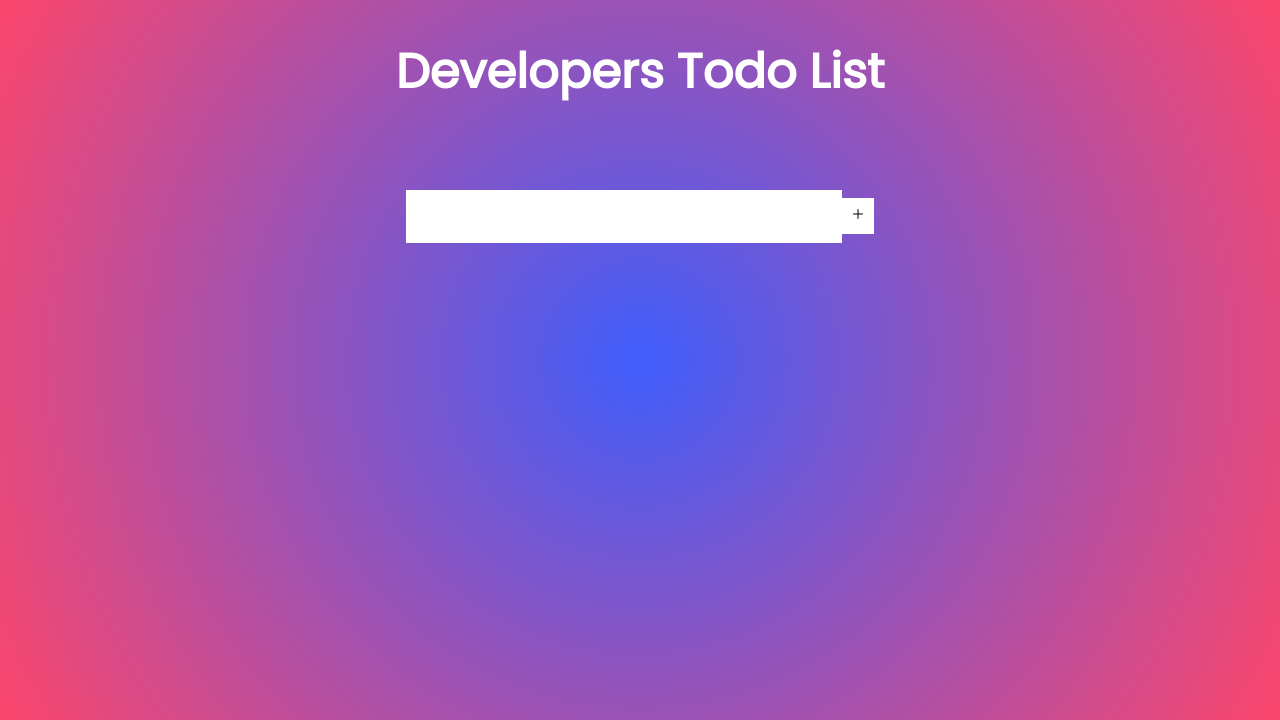
Repository: DevAntonioRogers/Vanilla-TodoList
Page: index.html
An editor plug-in stored every save of this project. The page is shown before and after the next save, followed by the edit.
The browser window is 1280 px wide. The pictures show the whole page.

Above is the page before, as saved 2023-05-11 23:58:52.

### index.html
<!DOCTYPE html>
<html lang="en">
  <head>
    <meta charset="UTF-8" />
    <meta http-equiv="X-UA-Compatible" content="IE=edge" />
    <meta name="viewport" content="width=device-width, initial-scale=1.0" />
    <link rel="preconnect" href="https://fonts.googleapis.com" />
    <link rel="preconnect" href="https://fonts.gstatic.com" crossorigin />
    <link href="https://fonts.googleapis.com/css2?family=Poppins&display=swap" rel="stylesheet" />
    <link rel="stylesheet" href="style.css" />
    <title>To-do</title>
  </head>
  <body>
    <header>
      <h1>Developers Todo List</h1>
    </header>
    <form action="">
      <input type="text" class="todo-input" />
      <button class="todo-button">
        <ion-icon name="add-outline"></ion-icon>
      </button>
    </form>

    <div class="todo-container">
      <ul class="todo-list"></ul>
    </div>

    <script type="module" src="https://unpkg.com/ionicons@7.1.0/dist/ionicons/ionicons.esm.js"></script>
    <script nomodule src="https://unpkg.com/ionicons@7.1.0/dist/ionicons/ionicons.js"></script>
    <script src="app.js"></script>
  </body>
</html>

### style.css
* {
  padding: 0;
  box-sizing: border-box;
  margin: 0;
}

body {
  background: rgb(63, 94, 251);
  background: radial-gradient(circle, rgba(63, 94, 251, 1) 0%, rgba(252, 70, 107, 1) 100%);
  color: white;
  font-family: "Poppins", sans-serif;
  min-height: 100vh;
}

header {
  font-size: 1.5rem;
}

header,
form {
  min-height: 20vh;
  display: flex;
  align-items: center;
  justify-content: center;
}

form input,
form button {
  padding: 0.5rem;
  font-size: 2rem;
  background-color: white;
  border: none;
}

form button {
  color: black;
  cursor: pointer;
  font-size: 1rem !important;
}

Loaded but not shown: app.js (no copy from this time; the picture is the same without it)

After the next save:
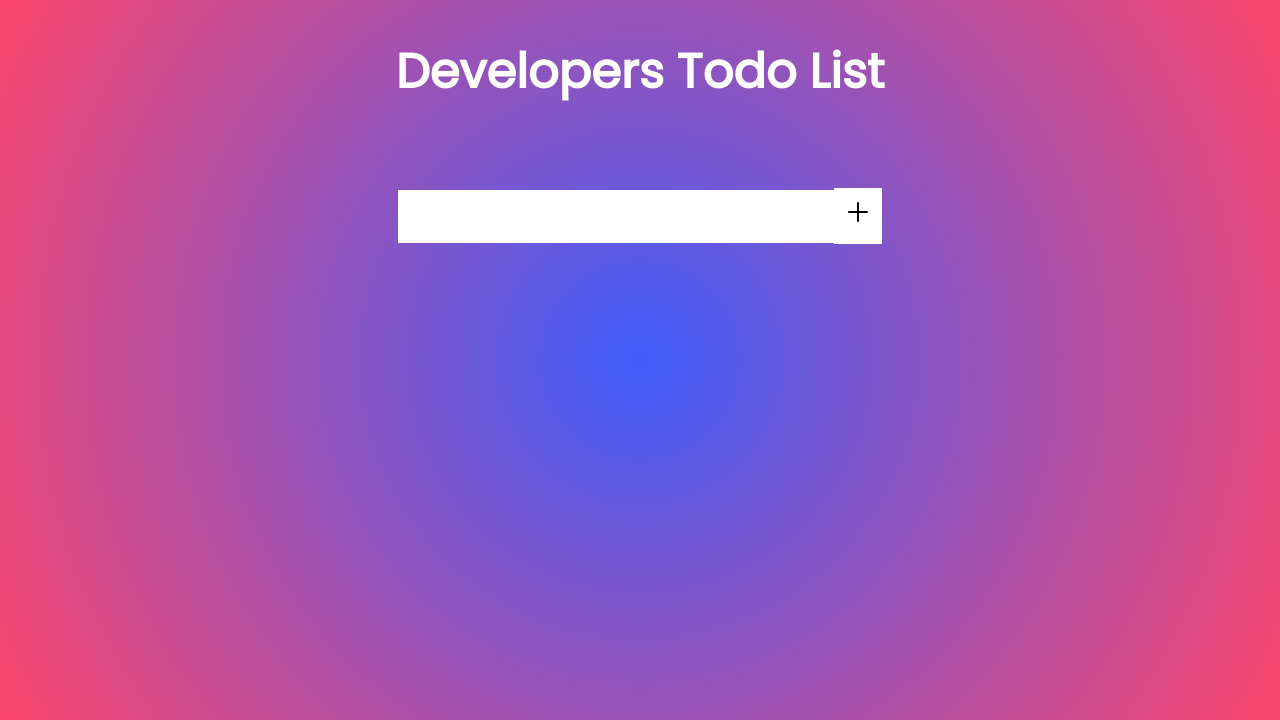
Saved 12 s later.
--- a/style.css
+++ b/style.css
@@ -35,5 +35,4 @@ form button {
 form button {
   color: black;
   cursor: pointer;
-  font-size: 1rem !important;
 }
